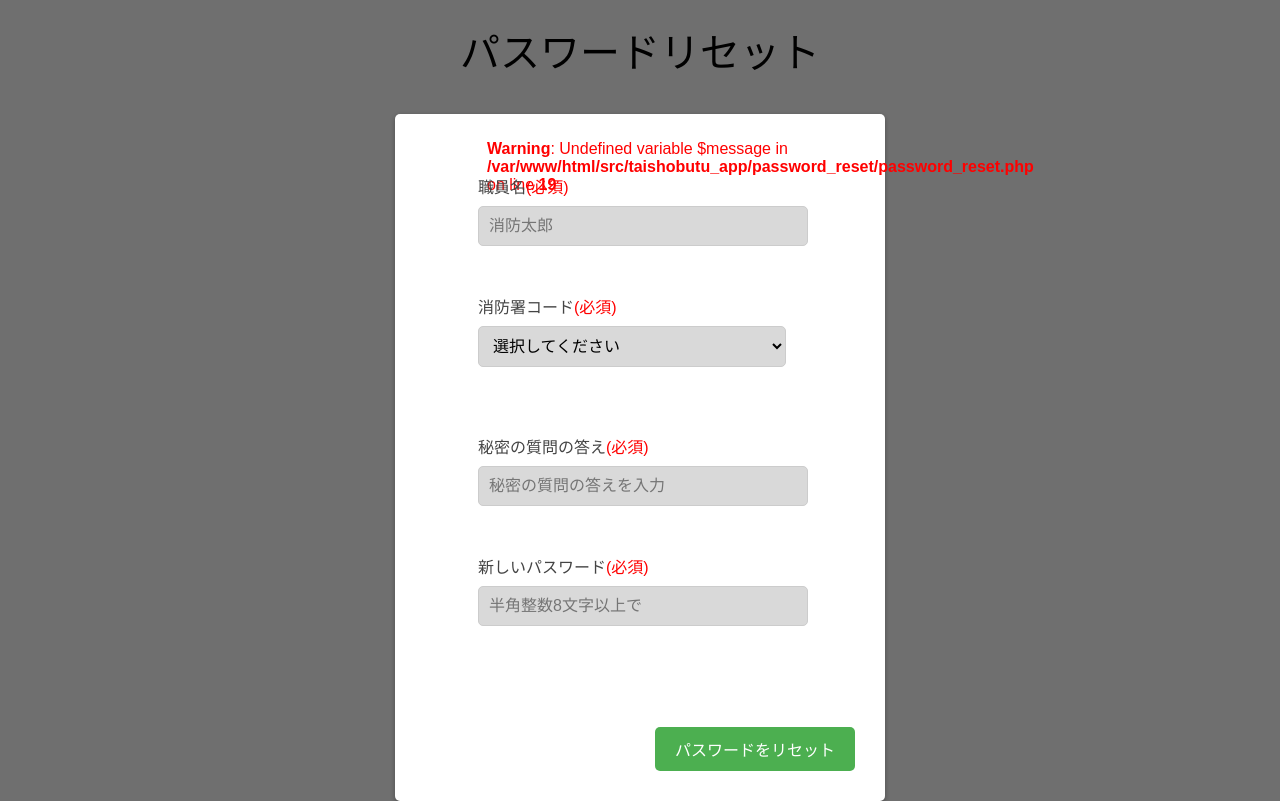
Repository: akarisuki/docker-taishobutu_app
Page: http://localhost/taishobutu_app/password_reset/password_reset.php
An editor plug-in stored every save of this project. The page is shown before and after the next save, followed by the edit.
The browser window is 1280 px wide. The pictures show the whole page.
The page is run by PHP 8.4 with error messages shown; the project is at /var/www/html/. Style sheets and scripts are compiled from the project's sources, by tool versions that may differ from the author's.

Above is the page before, as saved 2023-12-23 00:01:21.

After the next save:
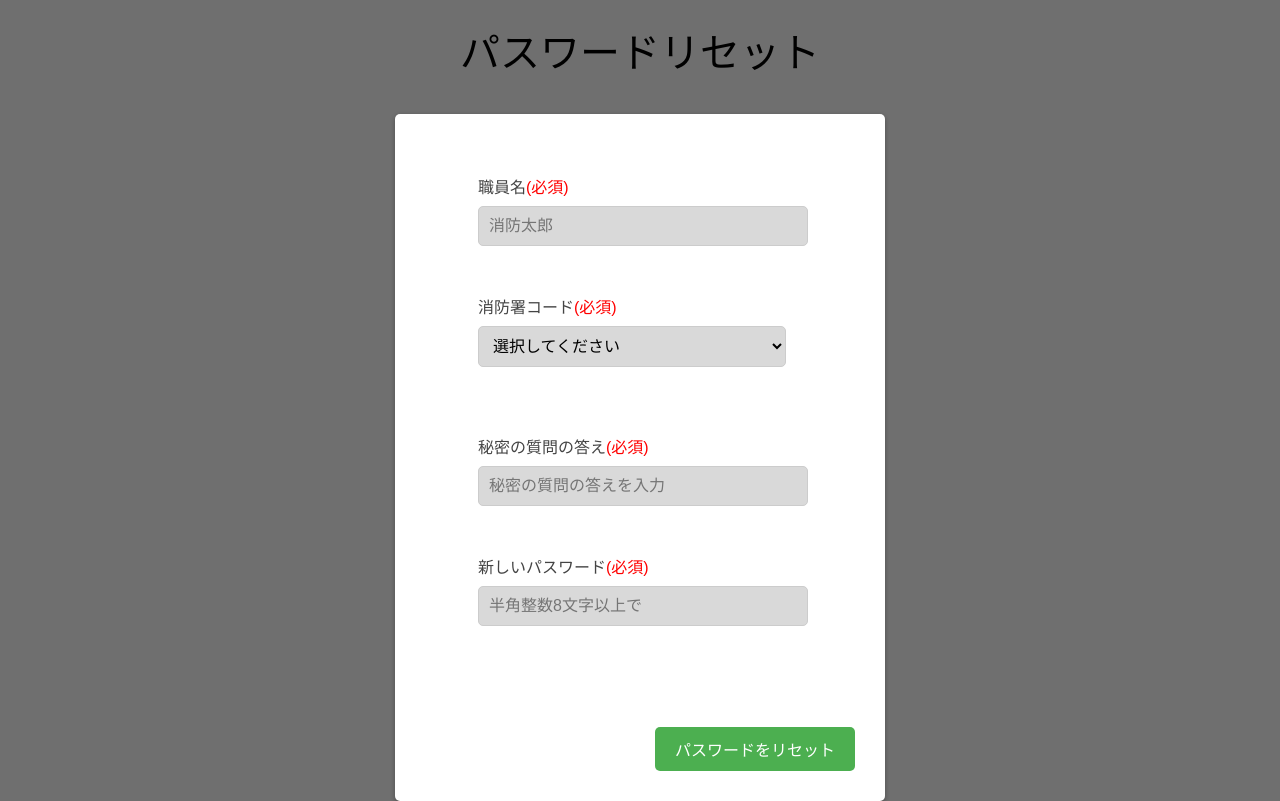
Saved 1 s later.
--- a/src/taishobutu_app/password_reset/password_reset.php
+++ b/src/taishobutu_app/password_reset/password_reset.php
@@ -16,7 +16,9 @@
                 if (isset($_GET['message'])) {
                   echo htmlspecialchars($_GET['message']); // エラーメッセージを表示
                 }
-                echo $message;
+                if (isset($message)) {
+                  echo $message;
+                }
               ?>
             </div>
             <div class="staff_name">
